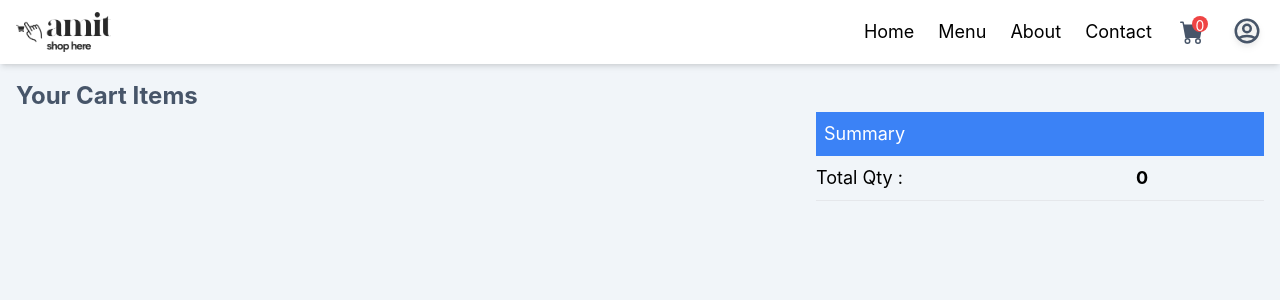
Repository: Lehuyhuynh/Web_ban_hoa_qua
Page: /cart (app in frontend/)
These files come from the project's save history. The page is drawn as it stood at one moment and after the next save; the edit follows.
The browser window is 1280 px wide. The pictures show the whole page.
The page's requests for data from a server got no answer. The project was rebuilt for these pictures with package versions that can differ from the ones it lists, and the page was loaded fresh each time. No one was signed in, and anything a server would have sent is missing. Also part of the build but not shown: frontend/src/component/CardFeature.js, frontend/src/component/HomeCard.js, frontend/src/component/FilterProduct.js, frontend/src/component/AllProduct.js, frontend/src/page/Home.js, frontend/src/page/Menu.js, frontend/src/page/About.js, frontend/src/page/Contact.js and 5 more.

Above is the page before, as saved 2024-01-07 16:32:10.

### frontend/src/index.js
import React from "react";
import ReactDOM from "react-dom/client";
import "./index.css";
import App from "./App";
import reportWebVitals from "./reportWebVitals";
import {
  createBrowserRouter,
  createRoutesFromElements,
  Route,
  RouterProvider,
} from "react-router-dom";

import Home from "./page/Home";
import Menu from "./page/Menu";
import About from "./page/About";
import Contact from "./page/Contact";
import Login from "./page/login";
import NewProduct from "./page/Newproduct";
import Signup from "./page/Signup";
import { store } from "./redux/index";
import { Provider } from "react-redux";
import Cart from "./page/Cart";

const router = createBrowserRouter(
  createRoutesFromElements(
    <Route path="/" element={<App />}>
      <Route index element={<Home />} />
      {/* <Route path="menu" element={<Menu />} /> */}
      <Route path="menu/:filterby" element={<Menu />} />

      <Route path="about" element={<About />} />
      <Route path="contact" element={<Contact />} />
      <Route path="login" element={<Login />} />
      <Route path="newproduct" element={<NewProduct />} />
      <Route path="signup" element={<Signup />} />
      <Route path="cart" element={<Cart />} />
    </Route>
  )
);

const root = ReactDOM.createRoot(document.getElementById("root"));
root.render(
  <Provider store={store}>
    <RouterProvider router={router} />
  </Provider>
);

// If you want to start measuring performance in your app, pass a function
// to log results (for example: reportWebVitals(console.log))
// or send to an analytics endpoint. Learn more: https://bit.ly/CRA-vitals
reportWebVitals();

### frontend/src/App.js
import Header from "./component/Header";
import { Outlet } from "react-router-dom";
import toast, { Toaster } from "react-hot-toast";
import { useEffect } from "react";
import { useDispatch, useSelector } from "react-redux";
import { setDataProduct } from "./redux/productSlide";

function App() {
  const dispatch = useDispatch();
  const productData = useSelector((state) => state.product);

  useEffect(() => {
    (async () => {
      const res = await fetch(`${process.env.REACT_APP_SERVER_DOMIN}/product`);
      const resData = await res.json();
      console.log(1, resData);
      dispatch(setDataProduct(resData));
    })();
  }, []);

  return (
    <>
      <Toaster />
      <div>
        <Header />
        <main className="pt-16 bg-slate-100 min-h-[calc(100vh)]">
          <Outlet />
        </main>
      </div>
    </>
  );
}

export default App;

### frontend/src/redux/index.js
import { configureStore } from "@reduxjs/toolkit";
import userSliceReducer from "./userSlice";
import productSlideReducer from "./productSlide";

export const store = configureStore({
  reducer: {
    user: userSliceReducer,
    product: productSlideReducer,
  },
});

### frontend/src/page/Cart.js
import React from "react";
import { useSelector } from "react-redux";
import CartProduct from "../component/cartProduct";
// import emptyCartImage from "../assest/empty.gif";
// import { toast } from "react-hot-toast";
// import { loadStripe } from "@stripe/stripe-js";
import { useNavigate } from "react-router-dom";

const Cart = () => {
  const productCartItem = useSelector((state) => state.product.cartItem);
  const user = useSelector((state) => state.user);
  const navigate = useNavigate();

  const totalPrice = productCartItem.reduce(
    (acc, curr) => acc + parseInt(curr.total),
    0
  );
  const totalQty = productCartItem.reduce(
    (acc, curr) => acc + parseInt(curr.qty),
    0
  );

  const handlePayment = async () => {
    // if (user.email) {
    //   const stripePromise = await loadStripe(
    //     process.env.REACT_APP_STRIPE_PUBLIC_KEY
    //   );
    //   const res = await fetch(
    //     `${process.env.REACT_APP_SERVER_DOMIN}/create-checkout-session`,
    //     {
    //       method: "POST",
    //       headers: {
    //         "content-type": "application/json",
    //       },
    //       body: JSON.stringify(productCartItem),
    //     }
    //   );
    //   if (res.statusCode === 500) return;
    //   const data = await res.json();
    //   console.log(data);
    //   toast("Redirect to payment Gateway...!");
    //   stripePromise.redirectToCheckout({ sessionId: data });
    // } else {
    //   toast("You have not Login!");
    //   setTimeout(() => {
    //     navigate("/login");
    //   }, 1000);
    // }
  };
  return (
    <>
      <div className="p-2 md:p-4">
        <h2 className="text-lg md:text-2xl font-bold text-slate-600">
          Your Cart Items
        </h2>

        <div className="">
          {/* display cart items */}

          <div className="w-full max-w-3xl ">
            {productCartItem.map((el) => {
              return (
                <CartProduct
                  key={el._id}
                  id={el._id}
                  name={el.name}
                  image={el.image}
                  category={el.category}
                  qty={el.qty}
                  total={el.total}
                  price={el.price}
                />
              );
            })}
          </div>

          {/* total cart item */}
          <div className="w-full max-w-md  ml-auto">
            <h2 className="bg-blue-500 text-white p-2 text-lg">Summary</h2>
            <div className="flex w-full py-2 text-lg border-b">
              <p>Total Qty :</p>
              <p className="ml-auto w-32 font-bold">{totalQty}</p>
            </div>
          </div>
        </div>
      </div>
    </>
  );
};

export default Cart;

### frontend/src/component/Header.js
import React, { useState } from "react";
import { Link } from "react-router-dom";
import logo from "../assest/logo .png";
import { HiOutlineUserCircle } from "react-icons/hi";
import { BsCartFill } from "react-icons/bs";
import { useDispatch, useSelector } from "react-redux";
import { logoutRedux } from "../redux/userSlice";
import { toast } from "react-hot-toast";

const Header = () => {
  const [showMenu, setShowMenu] = useState(false);
  const userData = useSelector((state) => state.user);
  const dispatch = useDispatch();

  const handleShowMenu = () => {
    setShowMenu((preve) => !preve);
  };
  const handleLogout = () => {
    dispatch(logoutRedux());
    toast("Logout successfully");
  };

  const cartItemNumber = useSelector((state) => state.product.cartItem);
  return (
    <header className="fixed shadow-md w-full h-16 px-2 md:px-4 z-50 bg-white">
      {/* desktop */}

      <div className="flex items-center h-full justify-between">
        <Link to={""}>
          <div className="h-10">
            <img src={logo} className="h-full" />
          </div>
        </Link>

        <div className="flex items-center gap-4 md:gap-7">
          <nav className="gap-4 md:gap-6 text-base md:text-lg hidden md:flex">
            <Link to={""}>Home</Link>
            <Link to={"menu/6597c58e010c2e971dd750da"}>Menu</Link>
            <Link to={"about"}>About</Link>
            <Link to={"contact"}>Contact</Link>
          </nav>
          <div className="text-2xl text-slate-600 relative">
            <Link to={"cart"}>
              <BsCartFill />
              <div className="absolute -top-1 -right-1 text-white bg-red-500 h-4 w-4 rounded-full m-0 p-0 text-sm text-center ">
                {cartItemNumber.length}
              </div>
            </Link>
          </div>
          <div className=" text-slate-600" onClick={handleShowMenu}>
            <div className="text-3xl cursor-pointer w-8 h-8 rounded-full overflow-hidden drop-shadow-md">
              {userData.image ? (
                <img src={userData.image} className="h-full w-full" />
              ) : (
                <HiOutlineUserCircle />
              )}
            </div>
            {showMenu && (
              <div className="absolute right-2 bg-white py-2  shadow drop-shadow-md flex flex-col min-w-[120px] text-center">
                {userData.email === process.env.REACT_APP_ADMIN_EMAIL && (
                  <Link
                    to={"newproduct"}
                    className="whitespace-nowrap cursor-pointer px-2"
                  >
                    New product
                  </Link>
                )}

                {userData.image ? (
                  <p
                    className="cursor-pointer text-white px-2 bg-red-500"
                    onClick={handleLogout}
                  >
                    Logout ({userData.firstName}){" "}
                  </p>
                ) : (
                  <Link
                    to={"login"}
                    className="whitespace-nowrap cursor-pointer px-2"
                  >
                    Login
                  </Link>
                )}
                <nav className="text-base md:text-lg flex flex-col md:hidden">
                  <Link to={""} className="px-2 py-1">
                    Home
                  </Link>
                  <Link
                    to={"menu/6597c58e010c2e971dd750da"}
                    className="px-2 py-1"
                  >
                    Menu
                  </Link>
                  <Link to={"about"} className="px-2 py-1">
                    About
                  </Link>
                  <Link to={"contact"} className="px-2 py-1">
                    Contact
                  </Link>
                </nav>
              </div>
            )}
          </div>
        </div>
      </div>

      {/* mobile */}
    </header>
  );
};

export default Header;

### frontend/src/redux/productSlide.js
import { createSlice } from "@reduxjs/toolkit";
import { toast } from "react-hot-toast";

const initialState = {
  productList: [],
  cartItem: [],
};

export const productSlice = createSlice({
  name: "product",
  initialState,
  reducers: {
    setDataProduct: (state, action) => {
      console.log(action);
      state.productList = [...action.payload];
    },
    addCartItem: (state, action) => {
      console.log(5, action);
      const check = state.cartItem.some((el) => el._id === action.payload._id);
      if (check) {
        toast("Already Item in Cart");
      } else {
        toast("Item Add successfully");
        const total = action.payload.price;
        state.cartItem = [
          ...state.cartItem,
          { ...action.payload, qty: 1, total: total },
        ];
      }
    },
    deleteCartItem: (state, action) => {
      toast("one Item Delete");
      const index = state.cartItem.findIndex((el) => el._id === action.payload);
      state.cartItem.splice(index, 1);
      console.log(index);
    },
    increaseQty: (state, action) => {
      const index = state.cartItem.findIndex((el) => el._id === action.payload);
      let qty = state.cartItem[index].qty;
      const qtyInc = ++qty;
      state.cartItem[index].qty = qtyInc;

      const price = state.cartItem[index].price;
      const total = price * qtyInc;

      state.cartItem[index].total = total;
    },
    decreaseQty: (state, action) => {
      const index = state.cartItem.findIndex((el) => el._id === action.payload);
      let qty = state.cartItem[index].qty;
      if (qty > 1) {
        const qtyDec = ++qty;
        state.cartItem[index].qty = qtyDec;

        const price = state.cartItem[index].price;
        const total = price * qtyDec;

        state.cartItem[index].total = total;
      }
    },
  },
});

export const {
  setDataProduct,
  addCartItem,
  deleteCartItem,
  increaseQty,
  decreaseQty,
} = productSlice.actions;

export default productSlice.reducer;

### frontend/src/redux/userSlice.js
import { createSlice } from "@reduxjs/toolkit";

const initialState = {
  email: "",
  firstName: "",
  image: "",
  lastName: "",
  _id: "",
};

export const userSlice = createSlice({
  name: "user",
  initialState,
  reducers: {
    loginRedux: (state, action) => {
      console.log(action.payload.data);
      console.log(action);
      // state.user = action.payload.data;
      state._id = action.payload.data._id;
      state.firstName = action.payload.data.firstName;
      state.lastName = action.payload.data.lastName;
      state.email = action.payload.data.email;
      state.image = action.payload.data.image;
    },
    logoutRedux: (state, action) => {
      state._id = "";
      state.firstName = "";
      state.lastName = "";
      state.email = "";
      state.image = "";
    },
  },
});

export const { loginRedux, logoutRedux } = userSlice.actions;

export default userSlice.reducer;

### frontend/tailwind.config.js
/** @type {import('tailwindcss').Config} */
module.exports = {
  content: ["./src/**/*.{html,js}"],
  theme: {
    extend: {},
  },
  plugins: [
    // ...
    require("tailwind-scrollbar")({ nocompatible: true }),
  ],
};

Loaded but not shown: frontend/public/index.html (common file); frontend/src/index.css (common file); frontend/src/reportWebVitals.js (common file)

After the next save:
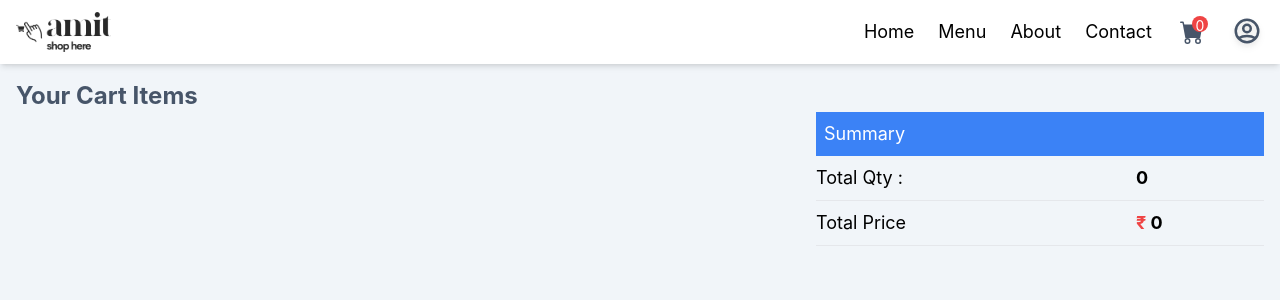
Saved 15 s later.
--- a/frontend/src/page/Cart.js
+++ b/frontend/src/page/Cart.js
@@ -81,6 +81,12 @@ const Cart = () => {
               <p>Total Qty :</p>
               <p className="ml-auto w-32 font-bold">{totalQty}</p>
             </div>
+            <div className="flex w-full py-2 text-lg border-b">
+              <p>Total Price</p>
+              <p className="ml-auto w-32 font-bold">
+                <span className="text-red-500">₹</span> {totalPrice}
+              </p>
+            </div>
           </div>
         </div>
       </div>
